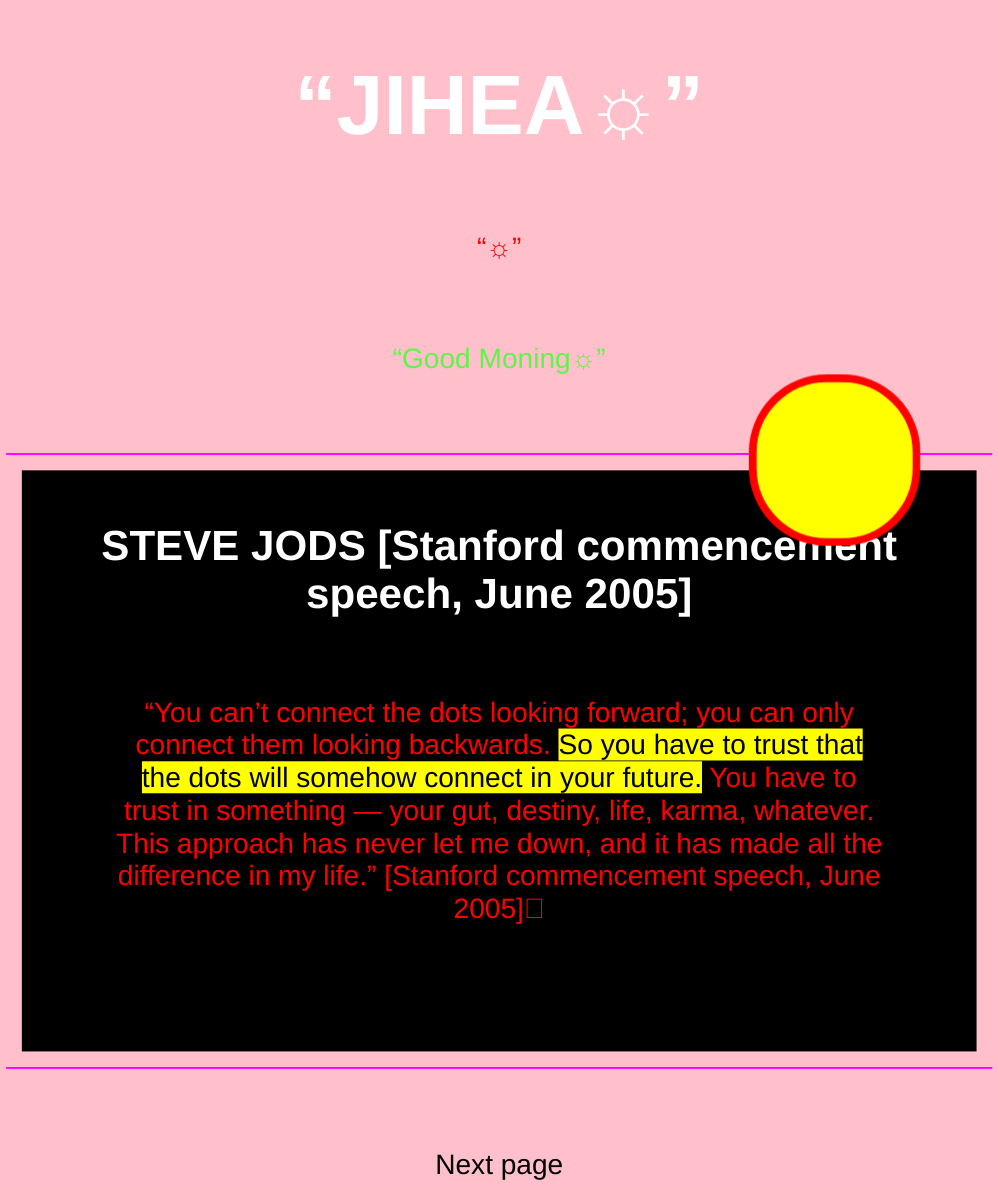
Repository: jangj879/jangj879.github.io
Page: 1_page.html
The author's editor kept a record of every edit. The page is drawn from the files as they stood at one moment, then again after the next edit.
The browser window is 1280 px wide. The pictures show the whole page, at 78% of full size.

Above is the page before.

### 1_page.html
<!DOCTYPE html>
<html>
	    <head>
		    <title>My first page</title>
		       <link href="style1.css" rel="stylesheet">

        </head>

        <body>
            <div class="one">
            <h1 hidden {
             visibility: hidden;
</h1></div>

<style>

p {
    color: red;
    /* This is a single-line comment */
    text-align: center;
}

/* This is
a multi-line
comment */
</style>

<h1 style="font-size:300%">&#8220;JIHEA&#9788;&#8221;</h1>
    <p style="font-size:160%"></p>
    <p>&#8220;&#9788;&#8221;</p>

    <p class="paragraph2">&#8220;Good Moning&#9788;&#8221;</p>

    <hr color="#FF00FF"></hr>
    <div style="background-color:black; color:white; margin:20px; padding:20px;">

<h2>STEVE JODS [Stanford commencement speech, June 2005]</h2>

    <p class="boring-text">“You can’t connect the dots looking forward; you can only connect them looking backwards. <mark>So you have to trust that the dots will somehow connect in your future.</mark> You have to trust in something — your gut, destiny, life, karma, whatever. This approach has never let me down, and it has made all the difference in my life.” [Stanford commencement speech, June 2005]&#63743;</p>

    <a href="http://news.stanford.edu/news/2005/june15/jobs-061505.html">Steve Job's speech</a>
    </div>


<hr color="#FF00FF"></hr>

        <br></br>

    <a href="2_page">Next page</div></a>
    </body>
</html>

### style1.css
body {
    background-color: pink;
    color: white;
    font-size: 36px;
    font-family: Helvetica, Arial, sans-serif;
    text-align: center;
}

p {
    margin: 100px;
}

.paragraph2 {
    color: #5ef645;
}

.one {
    width: 200px;
    height: 200px;
    background-color: yellow;
    position: fixed;
    bottom: 20px;
    right: 100px;
    border-radius: 100px;
    border: solid red 10px
}

.one:hover {
    background-color: lime;
}

a:link {
    color: black;
    text-decoration: none;
}

a:hover {
    color: red;
}

After the next edit:
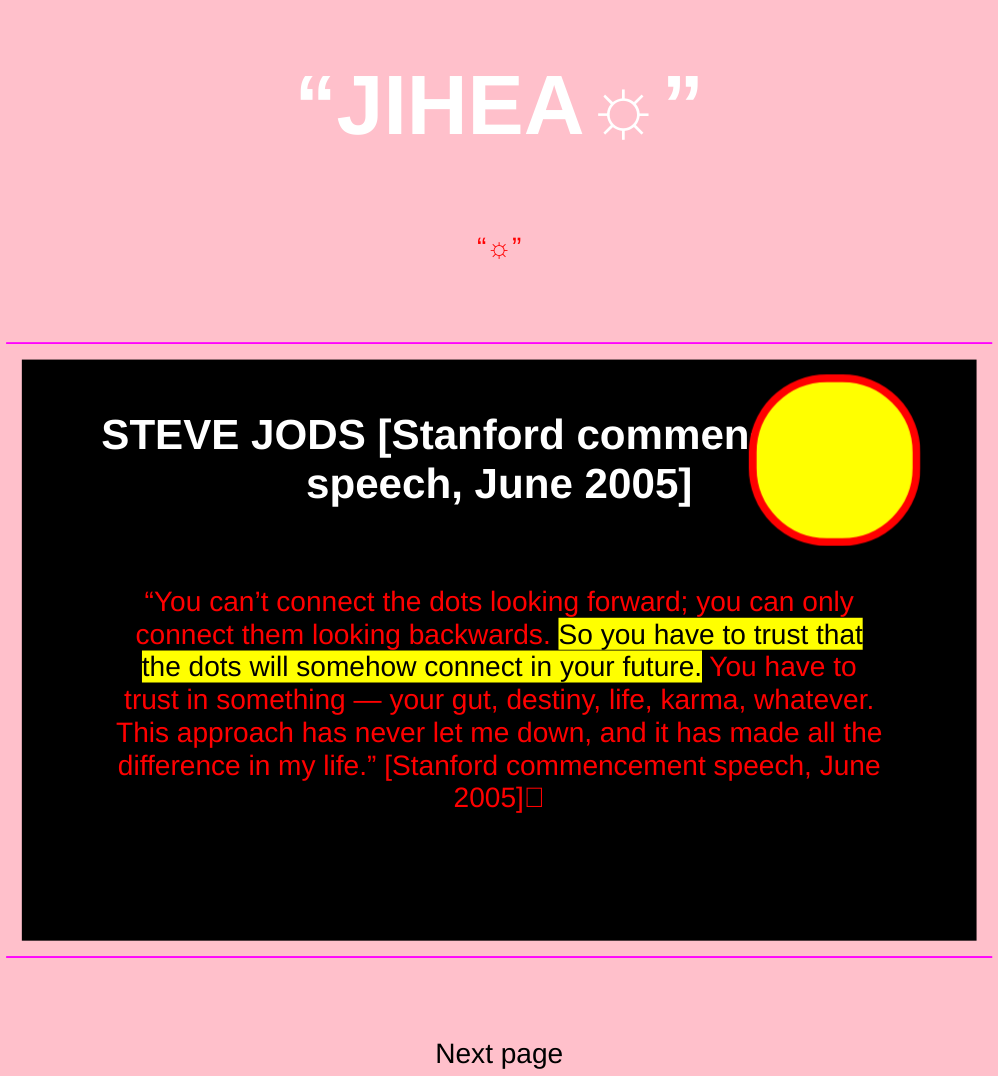
The edit:
--- a/1_page.html
+++ b/1_page.html
@@ -29,10 +29,8 @@
     <p style="font-size:160%"></p>
     <p>&#8220;&#9788;&#8221;</p>
 
-    <p class="paragraph2">&#8220;Good Moning&#9788;&#8221;</p>
-
-    <hr color="#FF00FF"></hr>
-    <div style="background-color:black; color:white; margin:20px; padding:20px;">
+     <hr color="#FF00FF"></hr>
+     <div style="background-color:black; color:white; margin:20px; padding:20px;">
 
 <h2>STEVE JODS [Stanford commencement speech, June 2005]</h2>
 
